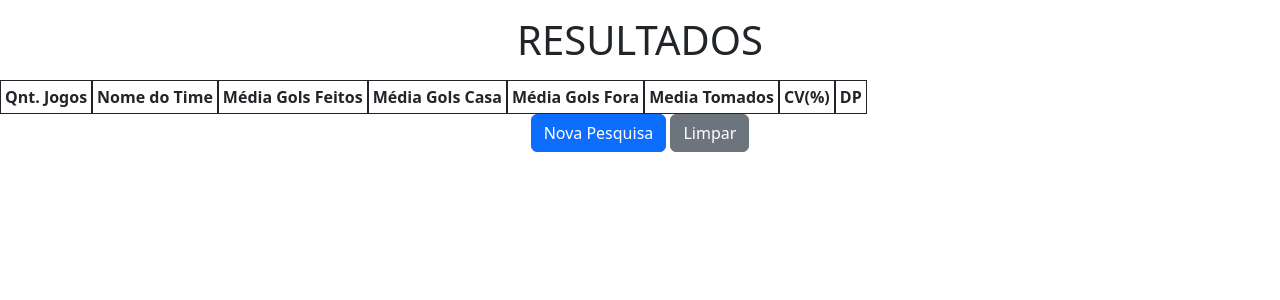
Repository: ricardodamaceno/Coeficiente-de-Variacao-de-Gols
Page: http://localhost/resposta
The author's editor kept a copy of each file at every save. The page is drawn from the files as they stood at one save, then again after the next save.
The browser window is 1280 px wide. The pictures show the whole page.
The page is this project's Thymeleaf template; nobody is signed in. The template is opened directly, without the code that normally fills it, so the values that code supplies are empty.

Above is the page before, as saved 2022-10-01 14:54:24.

After the next save:
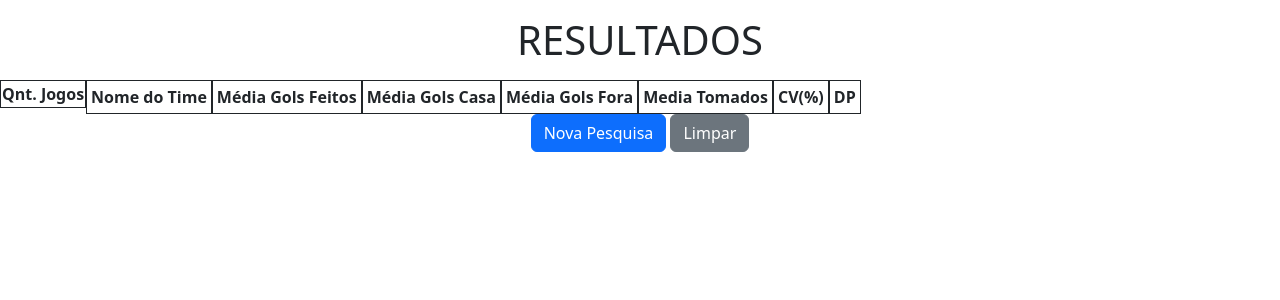
Saved 78 s later.
--- a/aposta-tozo/src/main/resources/templates/resposta.html
+++ b/aposta-tozo/src/main/resources/templates/resposta.html
@@ -47,7 +47,7 @@
 	<h1 class="text-center mb-3 mt-3">RESULTADOS</h1>
 	<div class="d-flex">
 		<table
-			class="table-responsive table-sm table-striped table-hover table-bordered border-dark">
+			class="table-responsive-lg table-striped table-hover table-bordered border-dark">
 			<thead>
 				<tr>
 					<th scope="col">Qnt. Jogos</th>

After the save that followed:
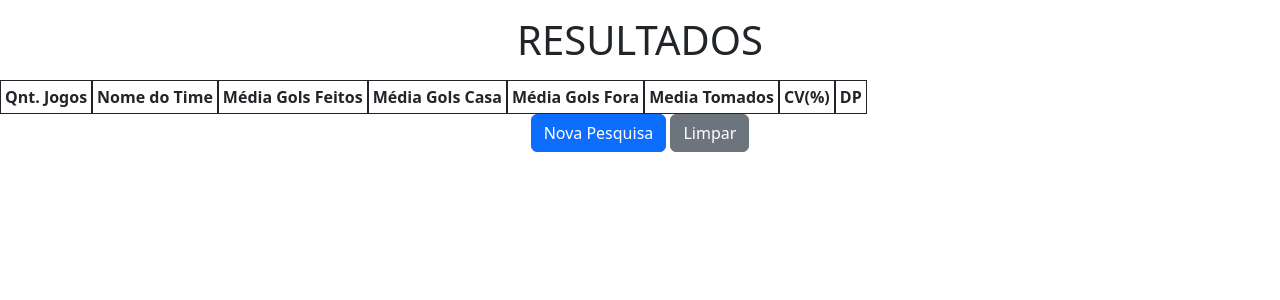
Saved 11 s later.
--- a/aposta-tozo/src/main/resources/templates/resposta.html
+++ b/aposta-tozo/src/main/resources/templates/resposta.html
@@ -47,7 +47,7 @@
 	<h1 class="text-center mb-3 mt-3">RESULTADOS</h1>
 	<div class="d-flex">
 		<table
-			class="table-responsive-lg table-striped table-hover table-bordered border-dark">
+			class="table-responsive table-sm table-striped table-hover table-bordered border-dark">
 			<thead>
 				<tr>
 					<th scope="col">Qnt. Jogos</th>
